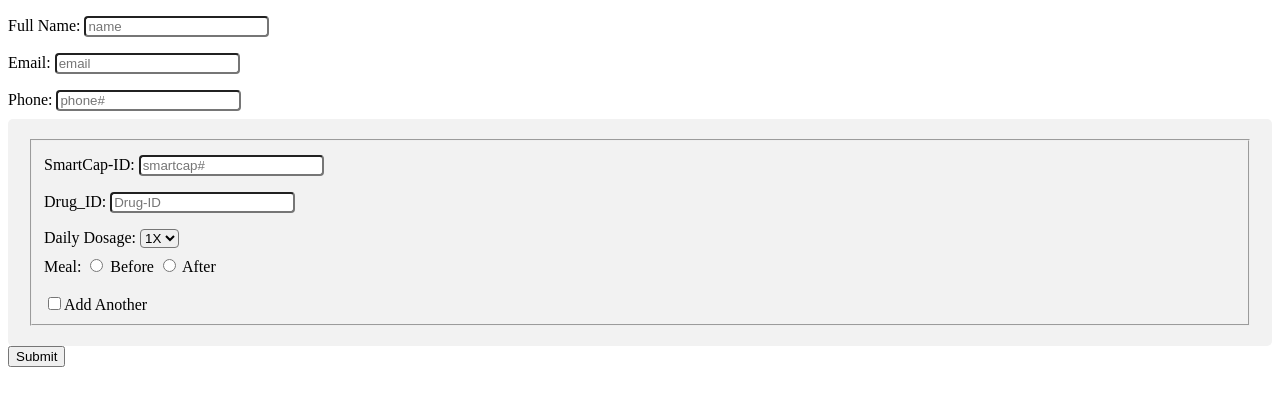
Repository: abhibroto0402/smartcap-service-node
Page: index.html
The author's editor kept a record of every edit. The page is drawn from the files as they stood at one moment, then again after the next edit.
The browser window is 1280 px wide. The pictures show the whole page.

Above is the page before.

After the next edit:
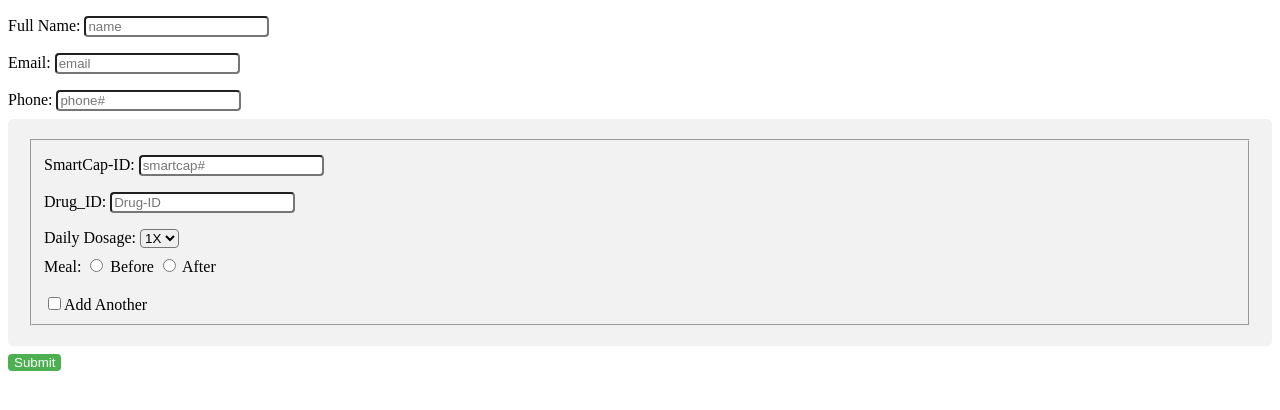
The edit:
--- a/index.html
+++ b/index.html
@@ -51,7 +51,7 @@
     border-radius: 4px;
 }
 
-buttontype=submit {
+button[type=submit] {
     background-color: #4CAF50;
     color: white;
     margin: 8px 0;
